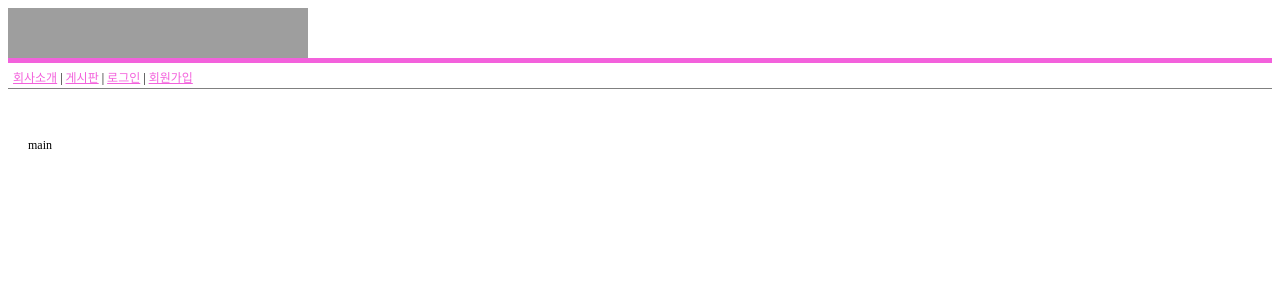
Repository: asaf0813/aisw
Page: java/이클립스/workspace/html/htmltest/WebContent/main.html
An editor plug-in stored every save of this project. The page is shown before and after the next save, followed by the edit.
The browser window is 1280 px wide. The pictures show the whole page.
Pictures or frames that could not be fetched are drawn as grey boxes.

Above is the page before, as saved 2019-10-03 05:49:41.

After the next save:
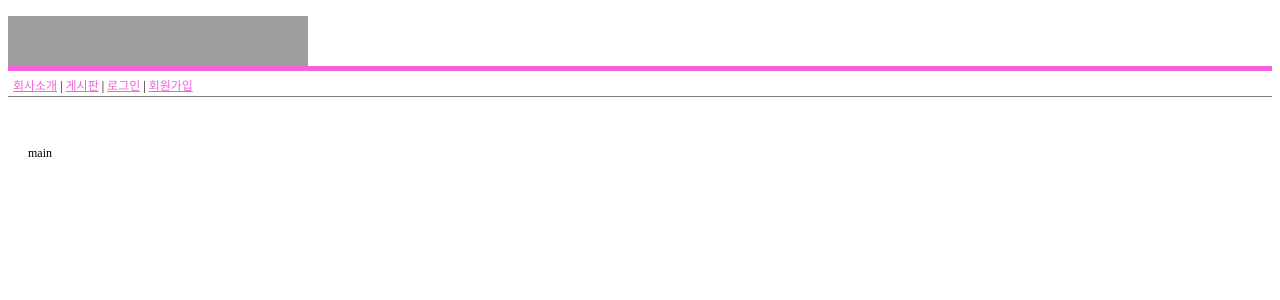
Saved 34 s later.
--- a/java/이클립스/workspace/html/htmltest/WebContent/main.html
+++ b/java/이클립스/workspace/html/htmltest/WebContent/main.html
@@ -14,9 +14,8 @@
 			<a href="./main.html">
 			<img width="300" height="50" src = "http://www.postech.ac.kr/wp-content/themes/postech/images/imgs/signature4.png", alt="" ></a>
 		</div>
-
-
-
+			<p>
+			<p>
 		<div class="topnavi_ds">
 			<div class="topnavi">
 				<a href="./intro/intro.html">회사소개</a> |	<a href="./board/list.html">게시판</a> | <a href="./member/login.html">로그인</a> | <a href="./member/join.html">회원가입</a>
